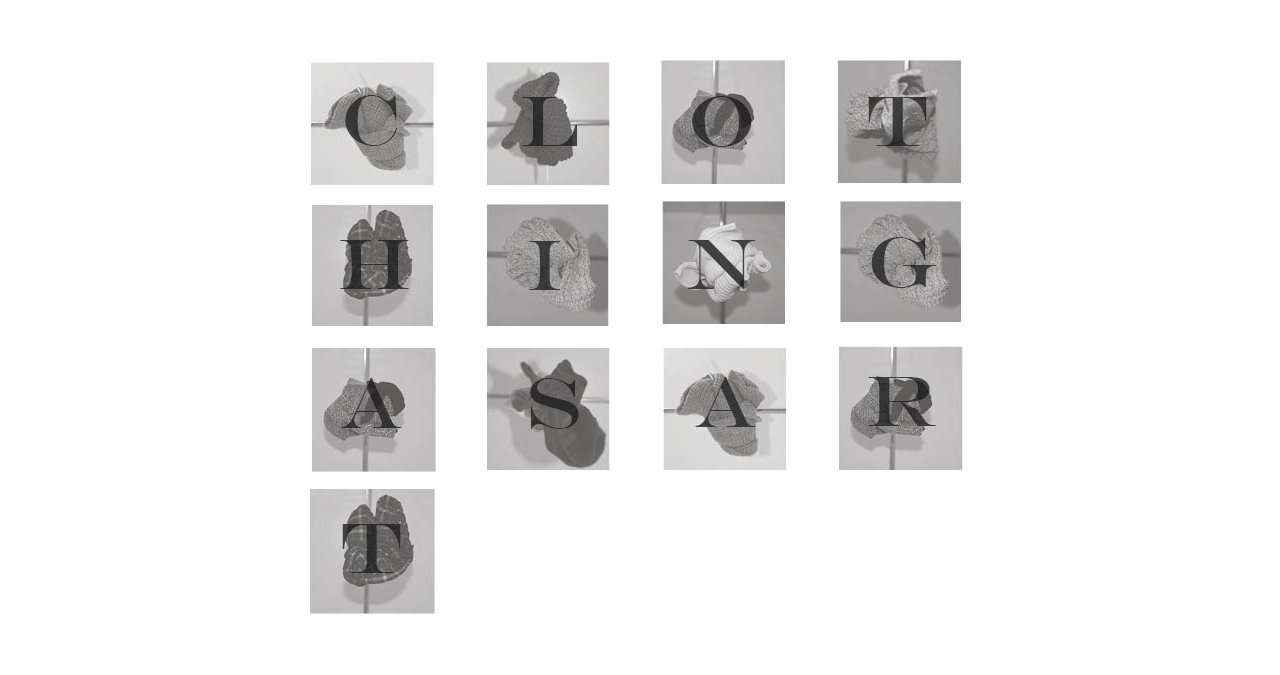
Repository: parkh899/parkh899.github.io
Page: studio/space/index.html
The author's editor kept a record of every edit. The page is drawn from the files as they stood at one moment, then again after the next edit.
The browser window is 1280 px wide. The pictures show the whole page.

Above is the page before.

### studio/space/index.html
<html>
<head>
<style>
td {
    padding: 10px;
}

img.cover{
    width:130px;
    height:130px;
}
</style>
</head>

<body>
<center>

<table>
<tr>
<td valigh="middle">

<table>
	<tr>
	  <td>
		<a href="explore.html"><img src="img/cover.jpg"></a>
	  </td>
	</tr>
</table>

</td>
</tr>
</table>
<center>
</body>
</html>

After the next edit:
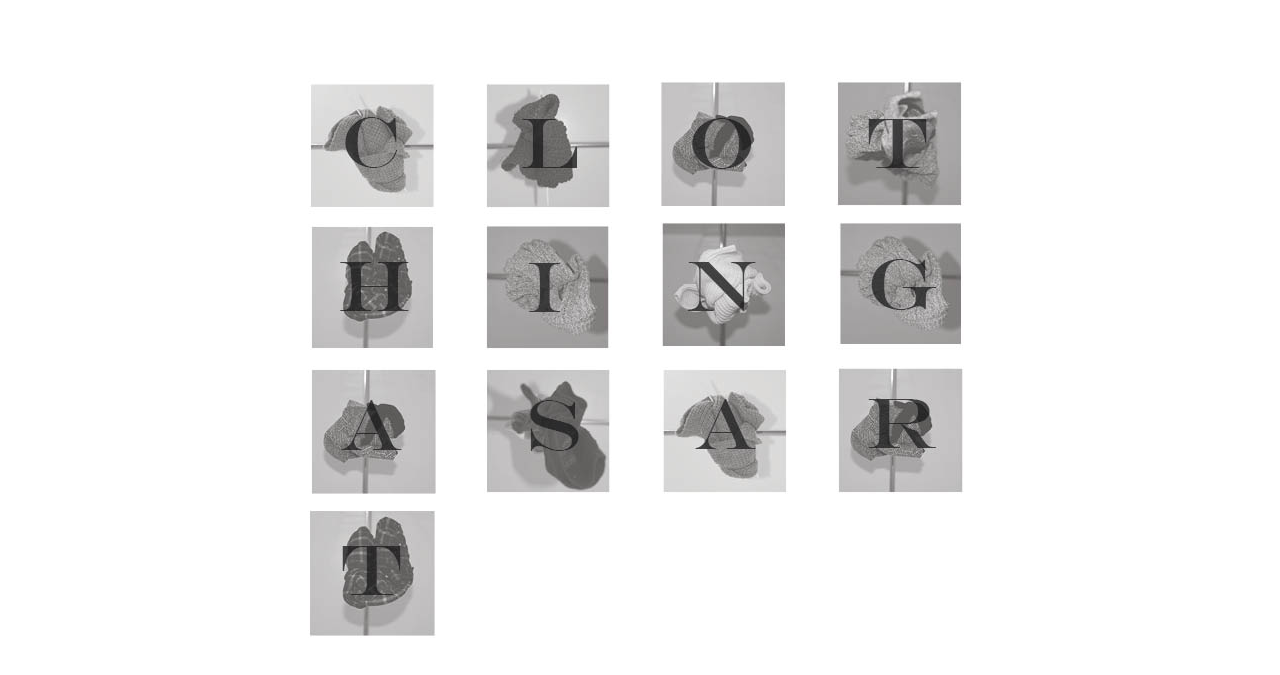
The edit:
--- a/studio/space/index.html
+++ b/studio/space/index.html
@@ -15,7 +15,7 @@
 <body>
 <center>
 
-<table>
+<table height="100%">
 <tr>
 <td valigh="middle">
 
